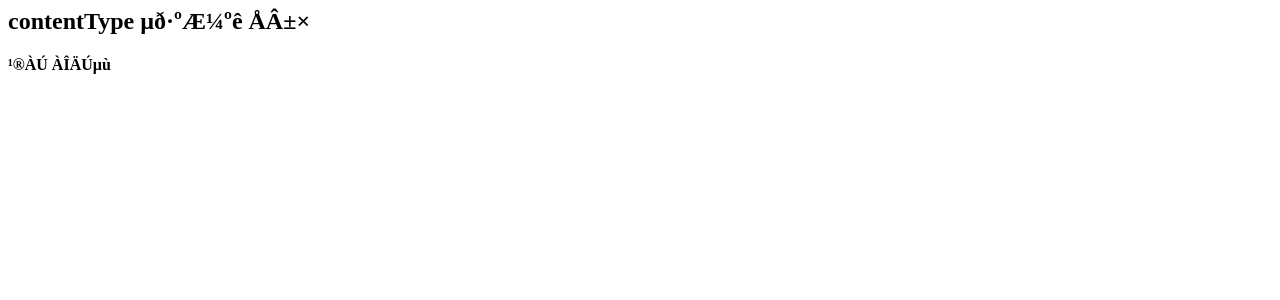
Repository: realseungju/JSP
Page: http://localhost/JSP/directive01.jsp
These files come from the project's save history. The page is drawn as it stood at one moment and after the next save; the edit follows.
The browser window is 1280 px wide. The pictures show the whole page.
The page is served by Tomcat 9.

Above is the page before, as saved 2021-11-22 00:28:19.

### JSP_Work/JSP/WebContent/directive01.jsp
<%@ page language="java" contentType="text/html; charset=UTF-8" pageEncoding="UTF-8"%>
<html>
<head>
<title> Directives Tag </title>
</head>
  <body>
    <h2> contentType µð·ºÆ¼ºê ÅÂ±× </h2>
    <h4> ¹®ÀÚ ÀÎÄÚµù </h4>
  </body>
</html>

After the next save:
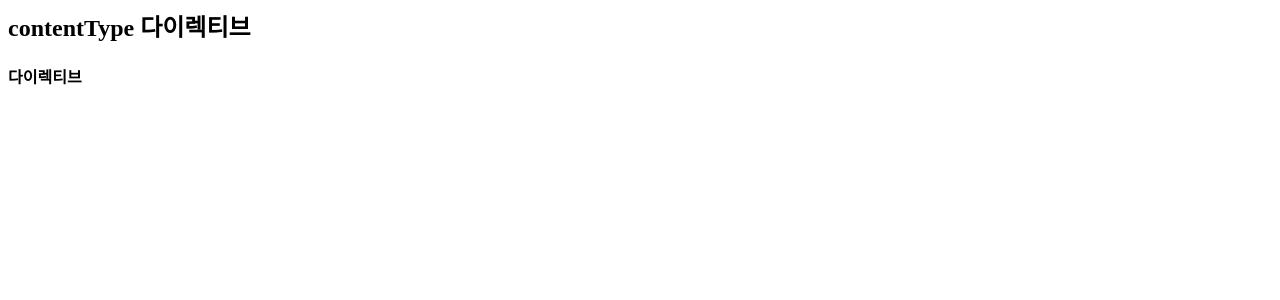
Saved 36 s later.
--- a/JSP_Work/JSP/WebContent/directive01.jsp
+++ b/JSP_Work/JSP/WebContent/directive01.jsp
@@ -4,7 +4,7 @@
 <title> Directives Tag </title>
 </head>
   <body>
-    <h2> contentType µð·ºÆ¼ºê ÅÂ±× </h2>
-    <h4> ¹®ÀÚ ÀÎÄÚµù </h4>
+    <h2> contentType 다이렉티브 </h2>
+    <h4> 다이렉티브 </h4>
   </body>
 </html>
